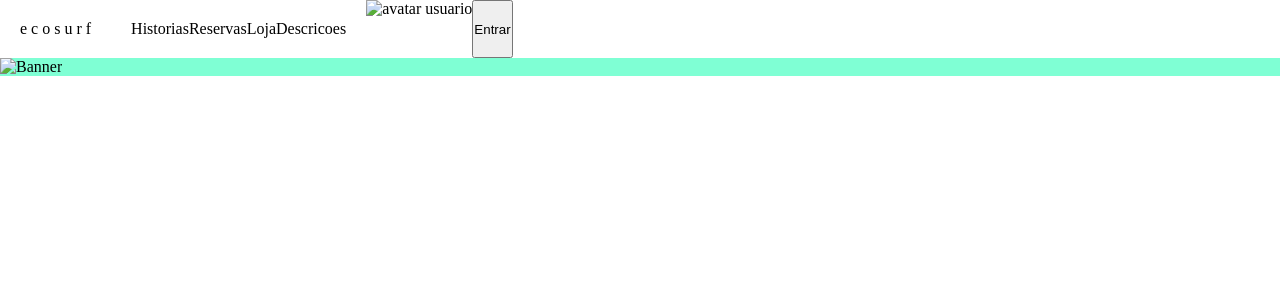
Repository: jorgprado/html-css-js
Page: blog-ecosurf/index.html
These files come from the project's save history. The page is drawn as it stood at one moment and after a run of saves; the edit follows.
The browser window is 1280 px wide. The pictures show the whole page.

Above is the page before, as saved 2023-05-15 21:25:13.

After the next 2 saves:
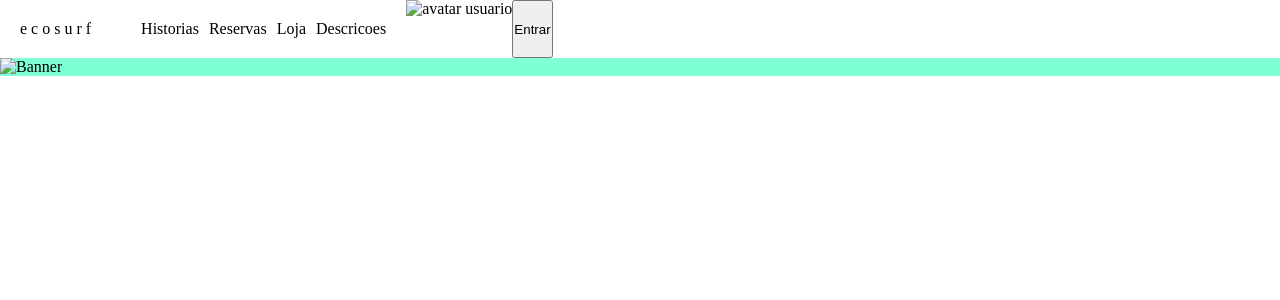
The 2 saves are shown as one change because they came seconds apart.
The last was saved 6 s later.
--- a/blog-ecosurf/css/style.css
+++ b/blog-ecosurf/css/style.css
@@ -20,7 +20,7 @@ header menu{
 }
 
 header menu p{
-    padding-left;
+    padding-left: 10px;
 }
 
 .banner{
